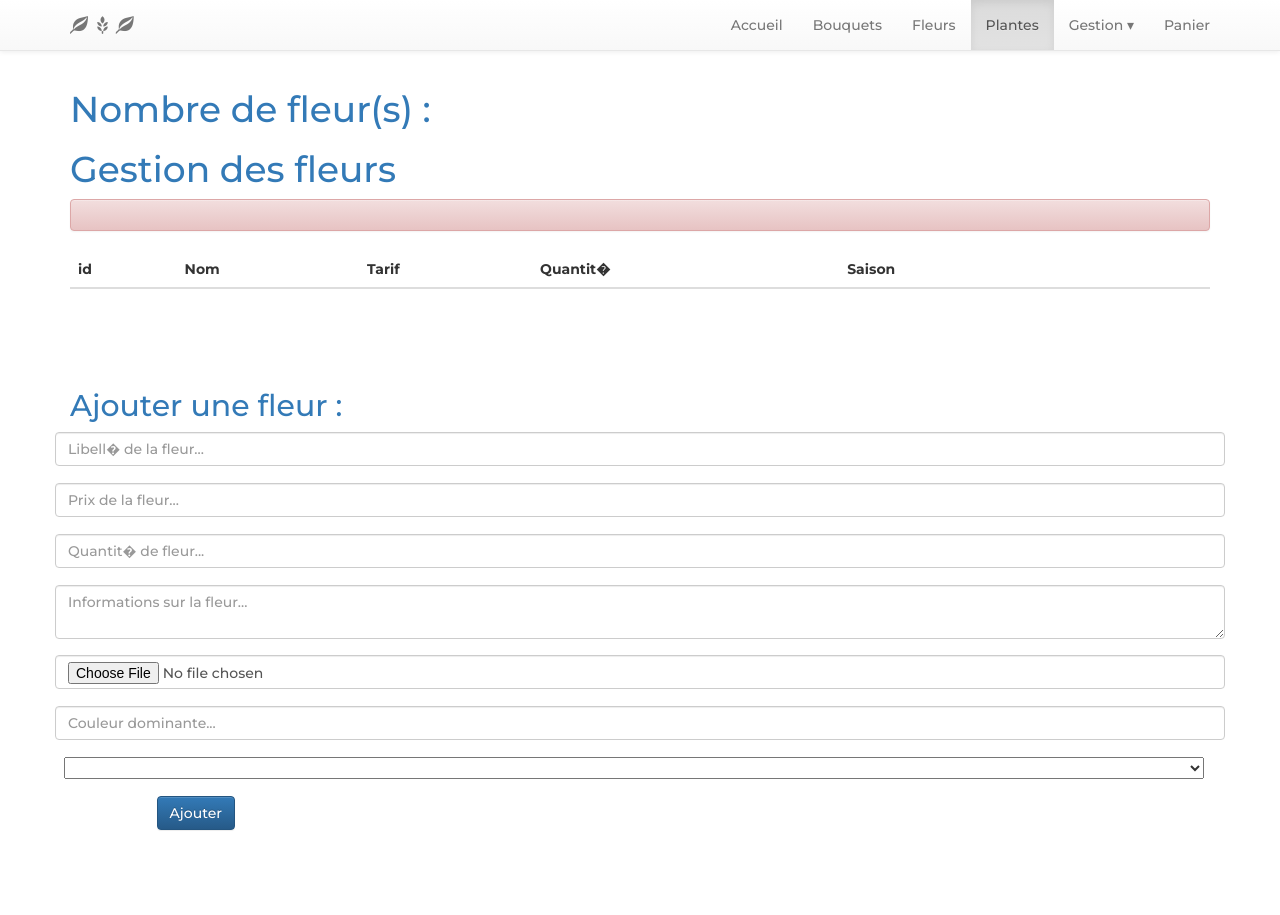
Repository: JeremT8/JavaFleuristeProject
Page: tp-fleuriste/src/main/webapp/modifbouquet.html
The author's editor kept a copy of each file at every save. The page is drawn from the files as they stood at one save, then again after the next save.
The browser window is 1280 px wide. The pictures show the whole page.
The page's requests for data from a server got no answer. Some web libraries are served in a nearby version.

Above is the page before, as saved 2022-05-18 08:53:05.

After the next save:
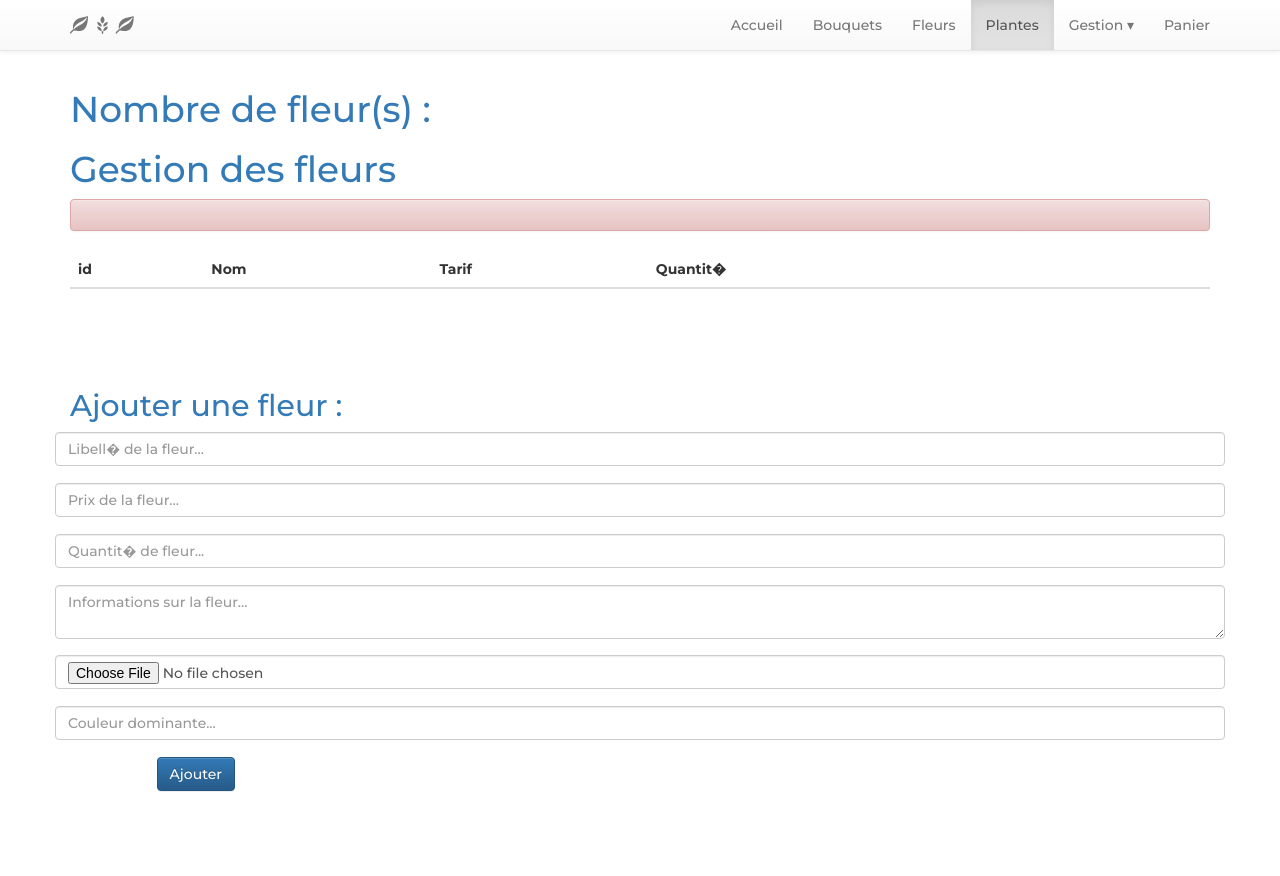
Saved 33 s later.
--- a/tp-fleuriste/src/main/webapp/modifbouquet.html
+++ b/tp-fleuriste/src/main/webapp/modifbouquet.html
@@ -84,7 +84,6 @@
 					<th>Nom</th>
 					<th>Tarif</th>
 					<th>Quantit�</th>
-					<th>Saison</th>
 					<th>&nbsp;</th>
 					<th>&nbsp;</th>
 				</tr>
@@ -135,14 +134,6 @@
 							placeholder="Couleur dominante..." aria-label="Username"
 							aria-describedby="basic-addon1">
 					</div>
-					<div class="div-form-input form-group">
-						<div class="col-12">
-
-							<select id="saison" class="form-select" aria-label="multiple select example">
-
-							</select>
-						</div>
-					</div>
 
 					<div class="col-xs-2 mt-2">
 						<button type="button" id="bAjoutFleur"
